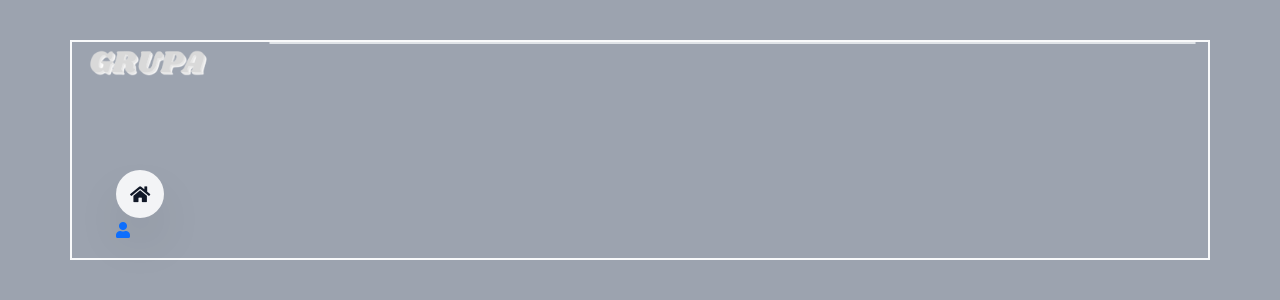
Repository: latenightsnacc/urban-pancake
Page: index.html
The author's editor kept a copy of each file at every save. The page is drawn from the files as they stood at one save, then again after the next save.
The browser window is 1280 px wide. The pictures show the whole page.
Some web libraries are served in a nearby version.

Above is the page before, as saved 2021-04-30 15:47:03.

### index.html
<!DOCTYPE html>
<html lang="en">
<head>
    <meta charset="UTF-8">
    <meta http-equiv="X-UA-Compatible" content="IE=edge">
    <meta name="viewport" content="width=device-width, initial-scale=1.0">
    <!--Tailwind Css-->
    <link href="https://unpkg.com/tailwindcss@^2/dist/tailwind.min.css" rel="stylesheet">
    <!--Bootstrap CSS-->
    <link href="https://cdn.jsdelivr.net/npm/bootstrap@5.0.0-beta3/dist/css/bootstrap.min.css" rel="stylesheet" integrity="sha384-eOJMYsd53ii+scO/bJGFsiCZc+5NDVN2yr8+0RDqr0Ql0h+rP48ckxlpbzKgwra6" crossorigin="anonymous">
    <!--Font Awesome 5 CDN-->
    <link href="https://cdnjs.cloudflare.com/ajax/libs/font-awesome/5.13.0/css/all.min.css" rel="stylesheet">
    <!--Material Icons-->
    <link href="https://fonts.googleapis.com/css?family=Material+Icons|Material+Icons+Outlined|Material+Icons+Two+Tone|Material+Icons+Round|Material+Icons+Sharp" rel="stylesheet">
    <!--Google Font-->
    <link rel="preconnect" href="https://fonts.gstatic.com">
    <link href="https://fonts.googleapis.com/css2?family=Archivo:wght@400;700&display=swap" rel="stylesheet">
    <title>GRUPA</title>
</head>
<body class="bg-gray-400 pt-10">
    <main class="container border-2 border-gray-50">
        <div class="w-full flex flex-row">
            <div class="w-1/6">
                <a href="index.html">
                    <div class="h-32 w-32">
                        <img class="w-full" src="./assets/logo/LOGO-shadow.png" >
                    </div>
                </a>
                <ul class="flex flex-col">
                    <li class="mr-5">
                        <a href="index.html" class="flex flex-row items-center justify-center text-lg bg-gray-100 shadow-2xl border-gray-100 rounded-full h-12 w-12 text-gray-900 no-underline">
                            <i class="fas fa-home"></i>
                            <!-- <span class="ml-2 hidden md:block capitalize text-sm">home</span> -->
                        </a>
                    </li>
                    <li>
                        <a href="#">
                            <i class="fas fa-user"></i>
                        </a>
                    </li>
                </ul>
            </div>
            <div class="w-5/6">
            <div class="border rounded-lg">
                <img src="" alt="">
            </div>
            </div>
        </div>
    </main>

    <!--bootstrap JS-->
    <script src="https://cdn.jsdelivr.net/npm/bootstrap@5.0.0-beta3/dist/js/bootstrap.bundle.min.js" integrity="sha384-JEW9xMcG8R+pH31jmWH6WWP0WintQrMb4s7ZOdauHnUtxwoG2vI5DkLtS3qm9Ekf" crossorigin="anonymous"></script>
</body>
</html>

After the next save:
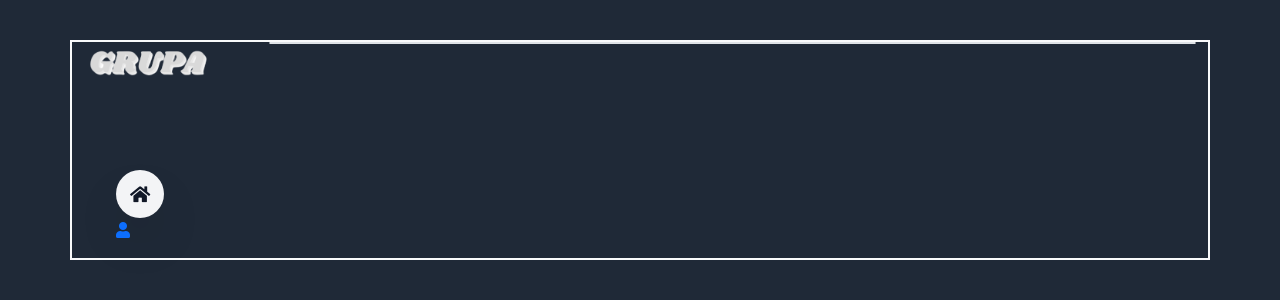
Saved 86 s later.
--- a/index.html
+++ b/index.html
@@ -17,7 +17,7 @@
     <link href="https://fonts.googleapis.com/css2?family=Archivo:wght@400;700&display=swap" rel="stylesheet">
     <title>GRUPA</title>
 </head>
-<body class="bg-gray-400 pt-10">
+<body class="bg-gray-800 pt-10">
     <main class="container border-2 border-gray-50">
         <div class="w-full flex flex-row">
             <div class="w-1/6">
